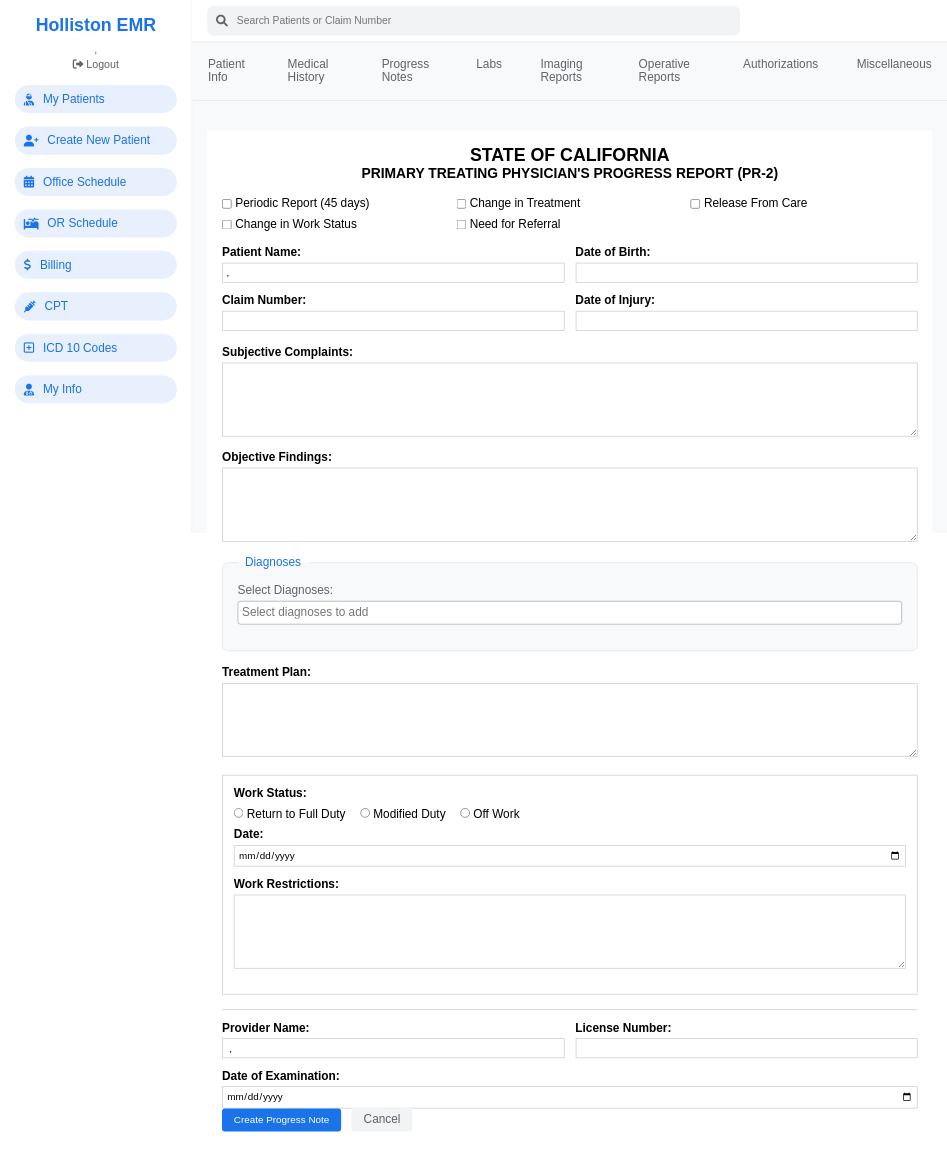
Repository: DavidG626/Flask-Project
Page: templates/create_progress_note.html
These files come from the project's save history. The page is drawn as it stood at one moment and after the next save; the edit follows.
The browser window is 1280 px wide. The pictures show the whole page, at 74% of full size.
Some web libraries are served in a nearby version. The template is drawn by Flask 3. The application's start-up code is not run. The template is opened directly, without the code that normally fills it, so the values that code supplies are empty.

Above is the page before, as saved 2025-02-10 13:00:18.

After the next save:
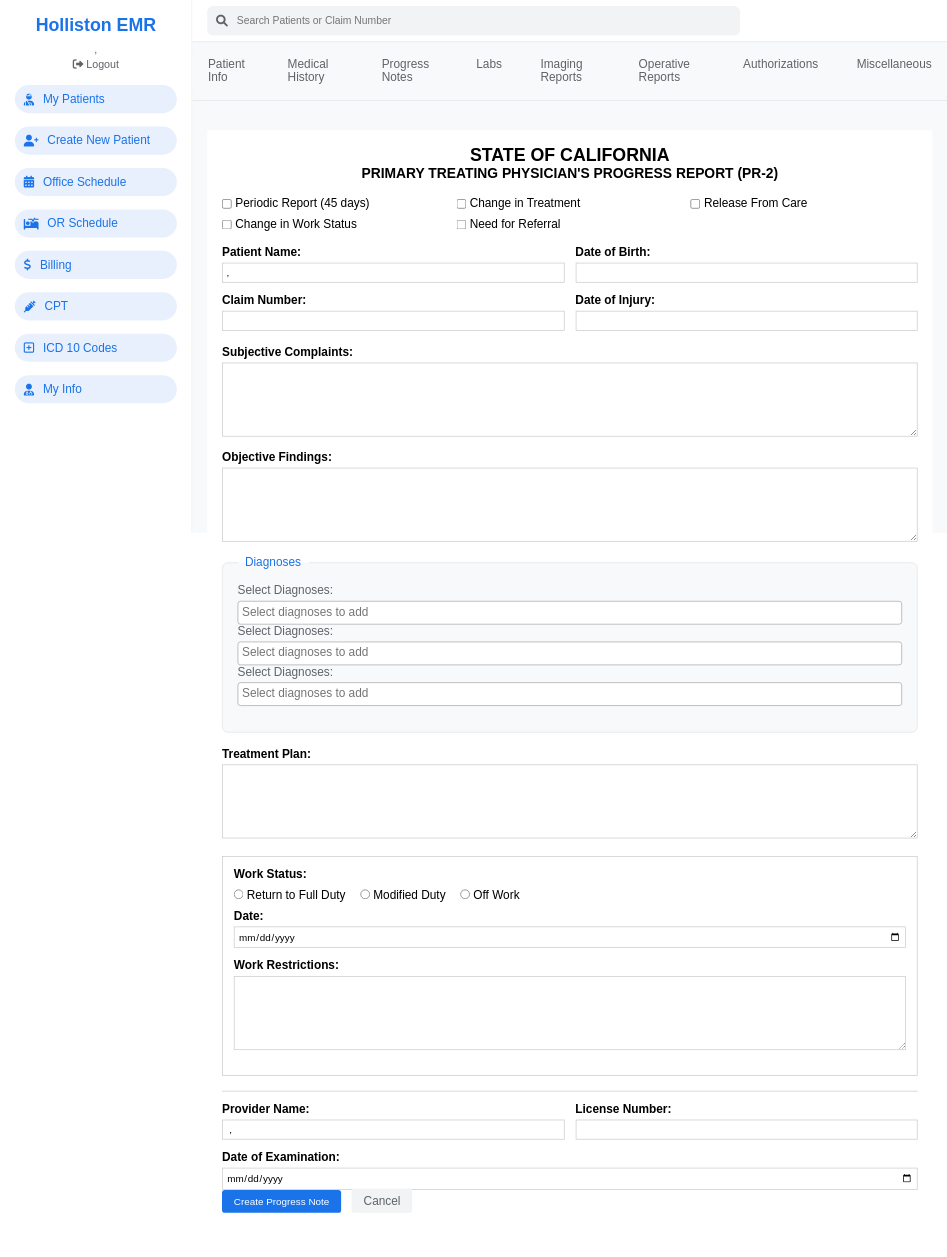
Saved 7 s later.
--- a/templates/create_progress_note.html
+++ b/templates/create_progress_note.html
@@ -178,6 +178,20 @@
                                     <option value="{{ code.id }}">{{ code.description }} ({{ code.code }})</option>
                                 {% endfor %}
                             </select>
+                            <label>Select Diagnoses:</label>
+                            <select name="diagnoses" multiple class="form-select">
+                                <option value="">Select a diagnosis</option>
+                                {% for code in icd10_codes %}
+                                    <option value="{{ code.id }}">{{ code.description }} ({{ code.code }})</option>
+                                {% endfor %}
+                            </select>
+                            <label>Select Diagnoses:</label>
+                            <select name="diagnoses" multiple class="form-select">
+                                <option value="">Select a diagnosis</option>
+                                {% for code in icd10_codes %}
+                                    <option value="{{ code.id }}">{{ code.description }} ({{ code.code }})</option>
+                                {% endfor %}
+                            </select>
                         </div>
                     </fieldset>
 
